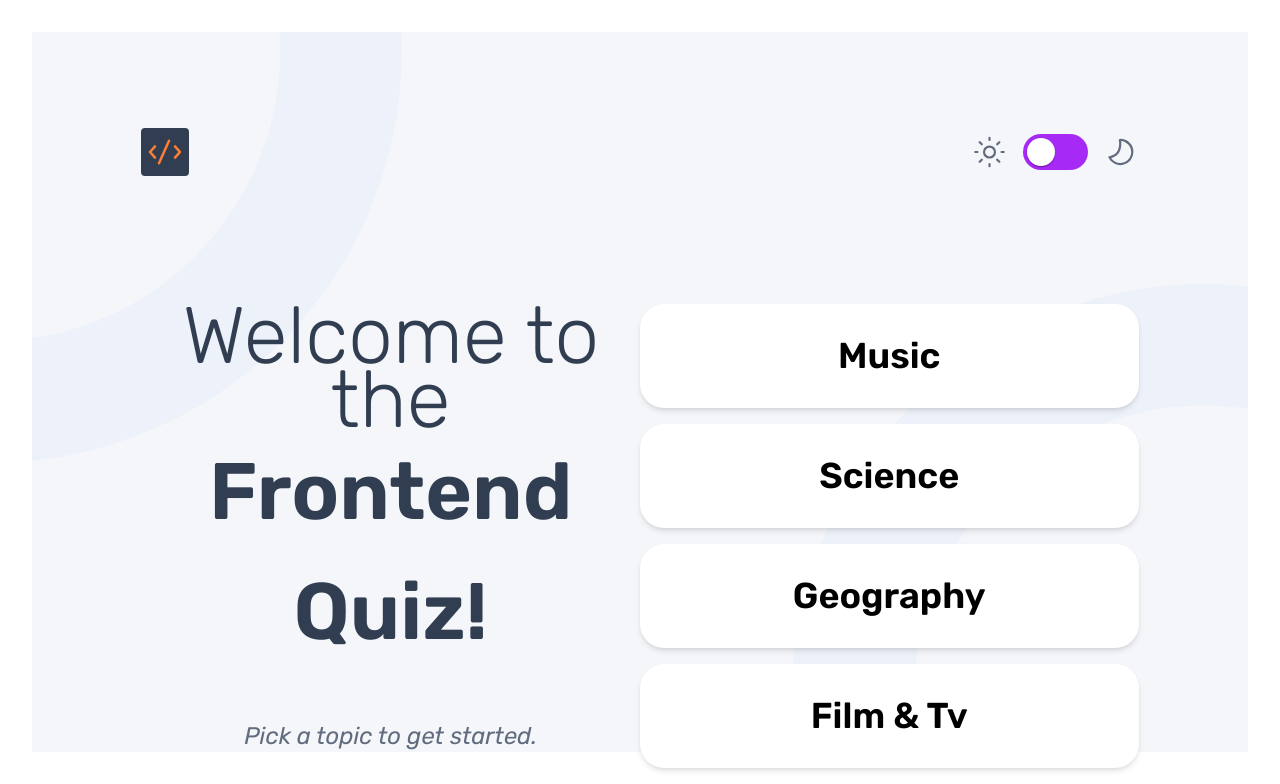
Repository: Shenixo/QuizApp
Page: /
These files come from the project's save history. The page is drawn as it stood at one moment and after the next save; the edit follows.
The browser window is 1280 px wide. The pictures show the whole page.
The project was rebuilt for these pictures with package versions that can differ from the ones it lists, and the page was loaded fresh each time. Also part of the build but not shown: vite.config.js.

Above is the page before, as saved 2025-03-31 14:28:41.

After the next save:
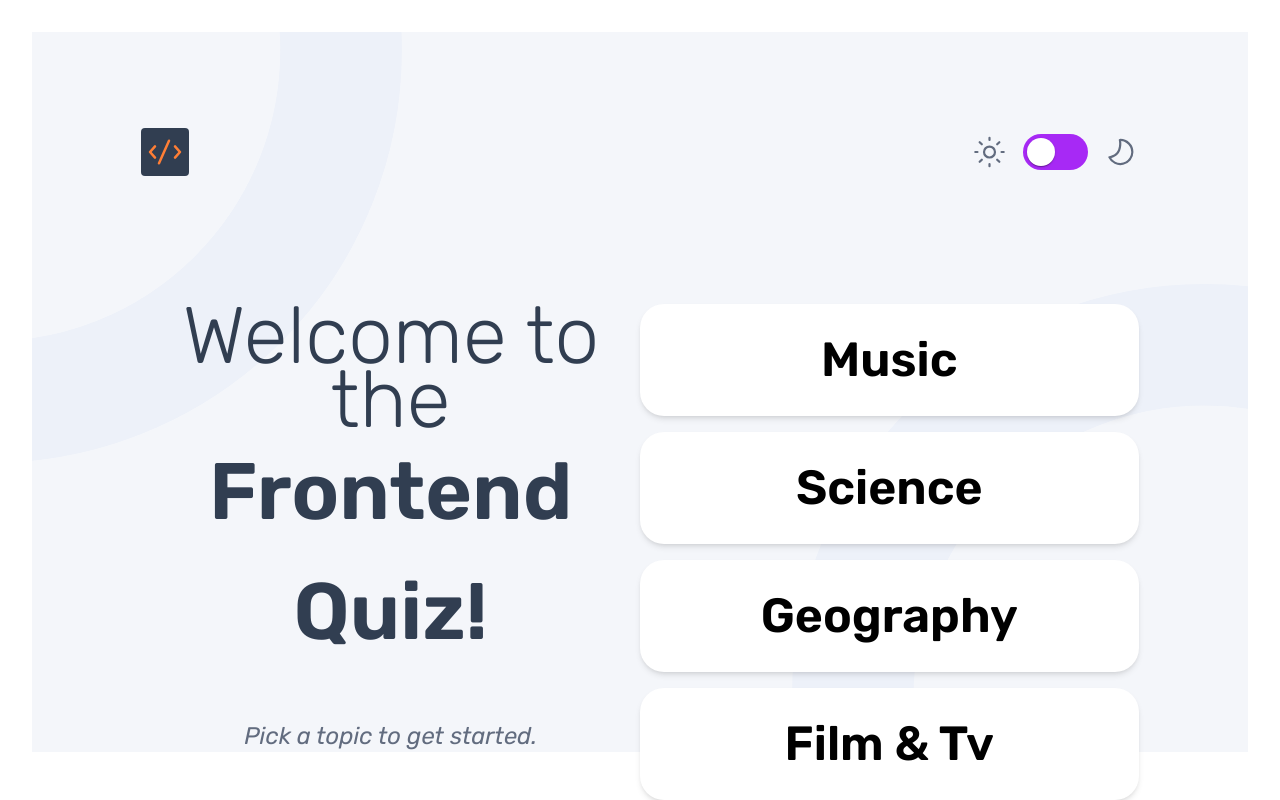
Saved 14 s later.
--- a/src/Components/Option/Option.jsx
+++ b/src/Components/Option/Option.jsx
@@ -10,7 +10,7 @@ const Option = () => {
         <li
           className={`${
             isDarkMode ? "bg-[#3b4d66]" : "bg-[#fff]"
-          } transition-all duration-500 ease-in-out shadow-md shadow-[rgba(0,0,0,0.1)]  p-8 rounded-[1.5rem] cursor-pointer capitalize text-4xl font-semibold
+          } transition-all duration-500 ease-in-out shadow-md shadow-[rgba(0,0,0,0.1)]  p-8 rounded-[1.5rem] cursor-pointer capitalize text-5xl font-semibold
 `}
           key={idx}
         >
